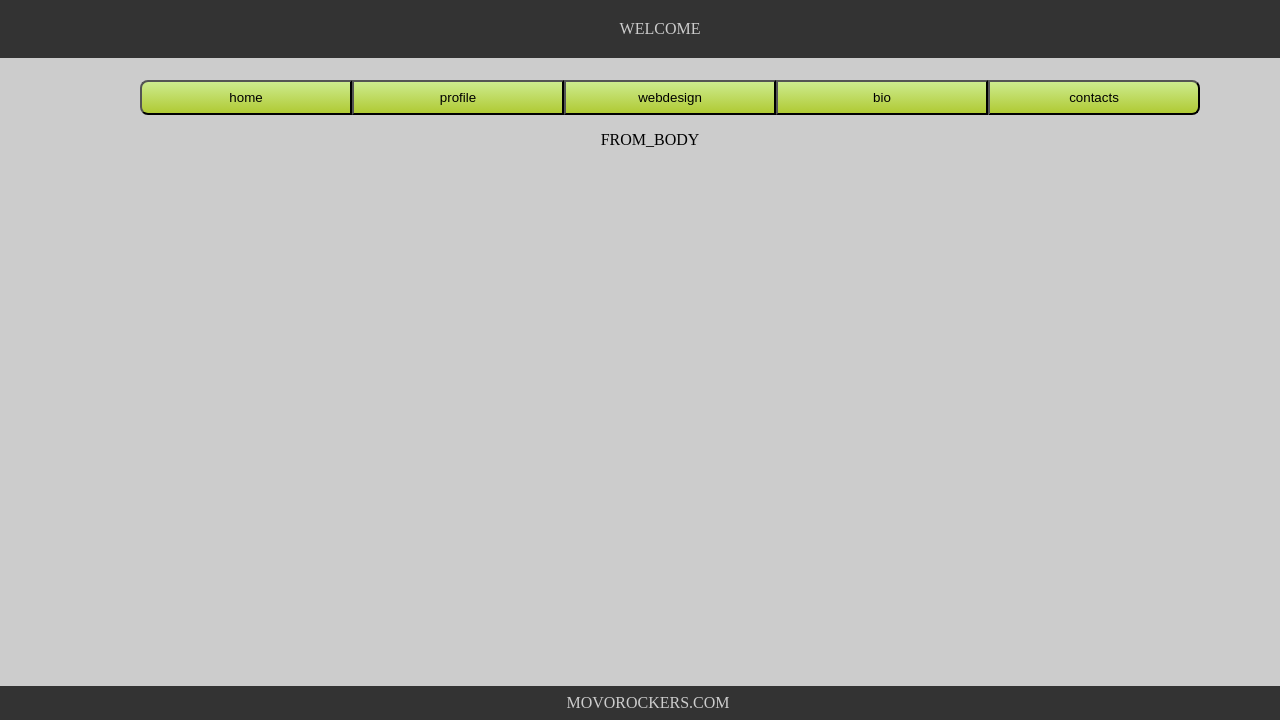
Repository: movitkr/testjava
Page: jsp/WebContent/NewFile.html
An editor plug-in stored every save of this project. The page is shown before and after the next save, followed by the edit.
The browser window is 1280 px wide. The pictures show the whole page.

Above is the page before, as saved 2016-02-05 07:20:41.

### jsp/WebContent/NewFile.html
<html>
<head>
<link rel="stylesheet" type="text/css" href="a.css">
<script type="text/javascript">
 <!--
            function sayHello() {
               document.write("Hello World");
            }
         //-->
</script>
</head>
<fixedheader><center>WELCOME</center></fixedheader>

<fixedfooter><center>MOVOROCKERS.COM</center></fixedfooter>
<body>
<nav>
  <ul>
    <li>
       <input type="button" onclick="sayHello()" value="home"/>
    </li>
    <li>
      <input type="submit" onclick="alert('profile')" value="profile">
    </li>
    <li>
      <input type="submit" onclick="alert('webdesign')" value="webdesign">
    </li>
    <li>
      <input type="submit" onclick="alert('bio')" value="bio">
    </li>
    <li>
      <input type="submit" onclick="alert('contacts')" value="contacts">
    </li>
  </ul>
</nav>

<p><center> FROM_BODY</center>

</body>


</html>

### jsp/WebContent/a.css
@CHARSET "UTF-8";

body {
	background-color: #CCC;
	margin:80px 80px 100px 100px;
}
fixedheader {
	position:fixed;
	top:0px;
	left:0px;
	width:100%;
	color:#CCC;
	background:#333;
	padding:20px;
}
fixedfooter {
	position:fixed;
	bottom:0px;
	left:0px;
	width:100%;
	color:#CCC;
	background:#333;
	padding:8px;
}
nav {

  width: 100%;

  margin: 0 auto; }

nav ul {

  list-style: none;

  overflow: hidden; }

nav ul li {

  float: left;

  width: 20%; }

nav ul li input{

  text-align: center;

  padding: 8px 0;

  display: block;

  width: 100%;

  background: #cdeb8e; /* Old browsers */

  background: -moz-linear-gradient(top, #cdeb8e 0%, #b0ca34 100%); /* FF3.6+ */

  background: -webkit-gradient(linear, left top, left bottom, color-stop(0%,#cdeb8e), color-stop(100%,#b0ca34)); /* Chrome,Safari4+ */

  background: -webkit-linear-gradient(top, #cdeb8e 0%,#b0ca34 100%); /* Chrome10+,Safari5.1+ */

  background: -o-linear-gradient(top, #cdeb8e 0%,#b0ca34 100%); /* Opera 11.10+ */

  background: linear-gradient(to bottom, #cdeb8e 0%,#b0ca34 100%); /* W3C, IE10+ */

  filter: progid:DXImageTransform.Microsoft.gradient( startColorstr='#cdeb8e', endColorstr='#b0ca34',GradientType=0 ); /* IE6-9 */

  endColorstr='#b0ca34',GradientType=0 ); /* IE6-9 */

}

nav ul li input,

nav ul li input:focus,

nav ul li input:visited,

nav ul li input:hover,

nav ul li input:active {

  color: #000;

  text-decoration: none; }

nav ul li input:hover,

nav ul li input:active {

  background: #b0ca34; /* Old browsers */

  background: -moz-linear-gradient(top, #b0ca34 0%, #96c40d 100%); /* FF3.6+ */

  background: -webkit-gradient(linear, left top, left bottom, color-stop(0%,#b0ca34), color-stop(100%,#96c40d)); /* Chrome,Safari4+ */

  background: -webkit-linear-gradient(top, #b0ca34 0%,#96c40d 100%); /* Chrome10+,Safari5.1+ */

  background: -o-linear-gradient(top, #b0ca34 0%,#96c40d 100%); /* Opera 11.10+ */

  background: linear-gradient(to bottom, #b0ca34 0%,#96c40d 100%); /* W3C, IE10+ */

  filter: progid:DXImageTransform.Microsoft.gradient( startColorstr='#b0ca34', endColorstr='#96c40d',GradientType=0 ); /* IE6-9 */

}

nav ul li:first-child input {

  border-top-left-radius: 8px;

  border-bottom-left-radius: 8px; }

nav ul li:last-child input {

  border-top-right-radius: 8px;

  border-bottom-right-radius: 8px; }

After the next save:
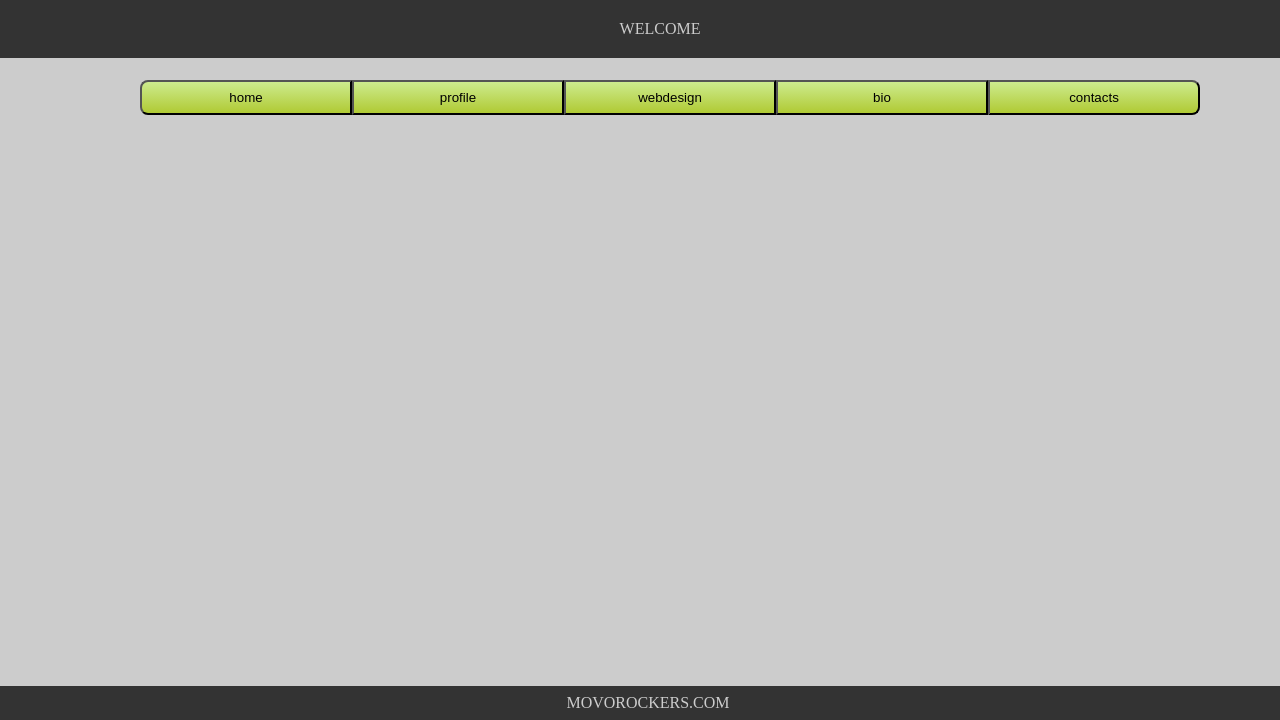
Saved 8 s later.
--- a/jsp/WebContent/NewFile.html
+++ b/jsp/WebContent/NewFile.html
@@ -33,7 +33,7 @@
   </ul>
 </nav>
 
-<p><center> FROM_BODY</center>
+
 
 </body>
 
